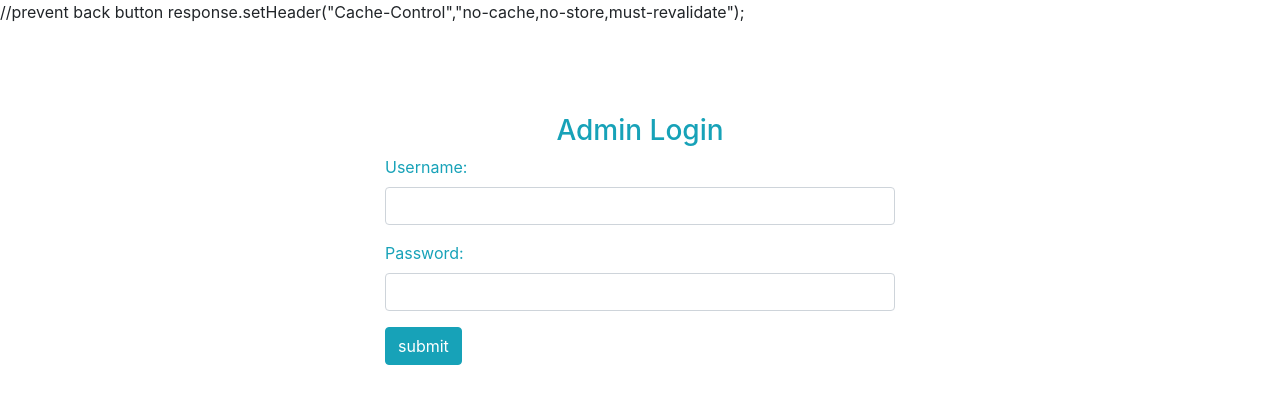
Repository: sindurup/Phase2Project
Page: http://localhost/LearnersAcademyPro/classInfo.jsp
These files come from the project's save history. The page is drawn as it stood at one moment and after the next save; the edit follows.
The browser window is 1280 px wide. The pictures show the whole page.
Some web libraries are served in a nearby version. The page is served by Tomcat 9. The session is filled in as if someone had signed in: {"uname": "Test User", "pw": 1}. Other server files are loaded and not shown.

Above is the page before, as saved 2021-09-27 10:32:58.
Console error: TypeError: Cannot read properties of undefined (reading 'fn')

### LearnersAcademyPro/src/main/webapp/classInfo.jsp
<%@ page language="java" contentType="text/html; charset=ISO-8859-1"
    pageEncoding="ISO-8859-1"%>
<!DOCTYPE html>
<html>
<link href="//maxcdn.bootstrapcdn.com/bootstrap/4.1.1/css/bootstrap.min.css" rel="stylesheet" id="bootstrap-css">
<script src="//maxcdn.bootstrapcdn.com/bootstrap/4.1.1/js/bootstrap.min.js"></script>
<script src="//cdnjs.cloudflare.com/ajax/libs/jquery/3.2.1/jquery.min.js"></script>
<head>
<meta charset="ISO-8859-1">
<title>Learners Academy</title>
</head>
<body>
//prevent back button
response.setHeader("Cache-Control","no-cache,no-store,must-revalidate");
<%
    if(session.getAttribute("uname")==null)

    	 response.sendRedirect("login.jsp");
%>
    <div id="login">
        <h3 class="text-center text-white pt-5">Login form</h3>
        <div class="container">
            <div id="login-row" class="row justify-content-center align-items-center">
                <div id="login-column" class="col-md-6">
                    <div id="login-box" class="col-md-12">
                        <form id="login" class="form" action="login" method="post">
                            <h3 class="text-center text-info">Admin Login</h3>
                            <div class="form-group">
                                <label for="username" class="text-info">Username:</label><br>
                                <input type="text" name="username" id="username" class="form-control">
                            </div>
                            <div class="form-group">
                                <label for="password" class="text-info">Password:</label><br>
                                <input type="password" name="password" id="password" class="form-control">
                            </div>
                            <div class="form-group">

                                <input type="submit" name="submit" class="btn btn-info btn-md" value="submit">
                            </div>

                        </form>
                    </div>
                </div>
            </div>
        </div>
    </div>
</body>
</html>

After the next save:
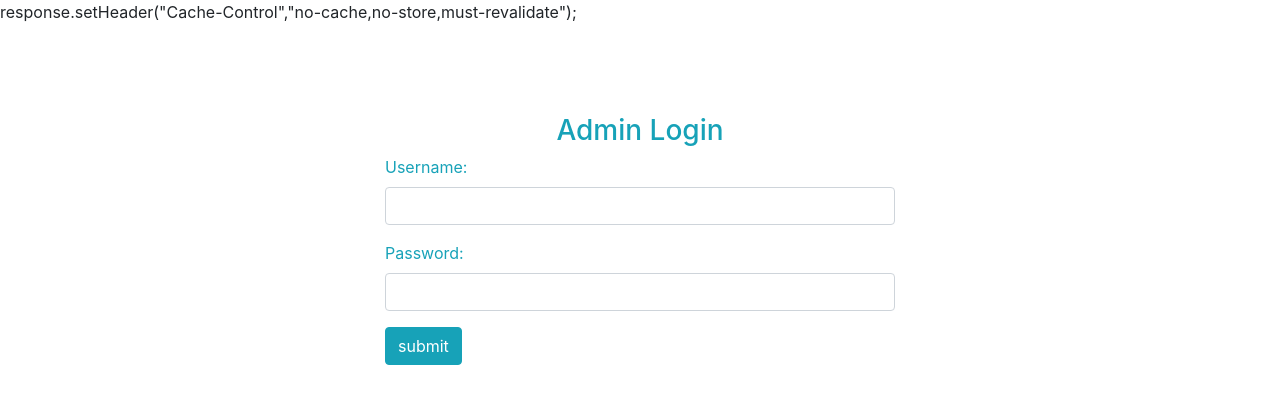
Saved 9 s later.
--- a/LearnersAcademyPro/src/main/webapp/classInfo.jsp
+++ b/LearnersAcademyPro/src/main/webapp/classInfo.jsp
@@ -10,7 +10,7 @@
 <title>Learners Academy</title>
 </head>
 <body>
-//prevent back button
+
 response.setHeader("Cache-Control","no-cache,no-store,must-revalidate");
 <%
     if(session.getAttribute("uname")==null)
